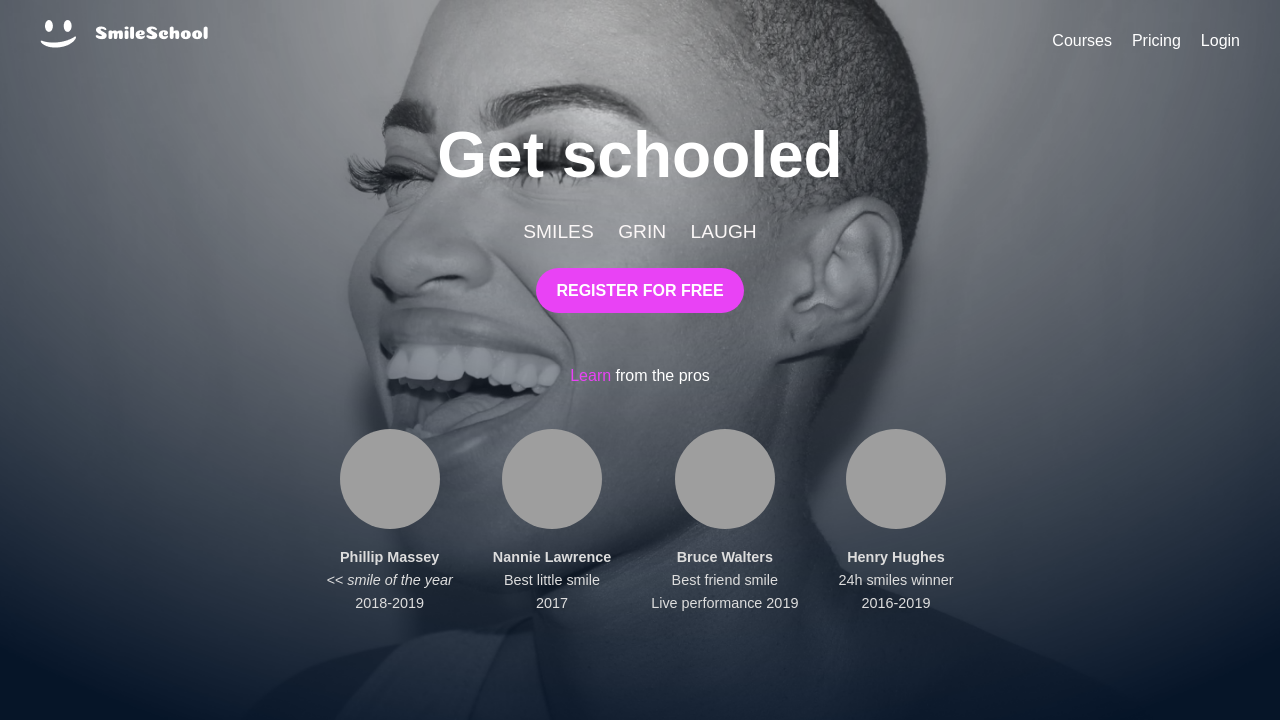
Repository: Patience225/alx_html_css
Page: css_advanced/index.html
The author's editor kept a copy of each file at every save. The page is drawn from the files as they stood at one save, then again after a run of saves.
The browser window is 1280 px wide. The pictures show the whole page.
Pictures or frames that could not be fetched are drawn as grey boxes.

Above is the page before, as saved 2025-01-03 21:12:20.

### css_advanced/index.html
<!DOCTYPE html>
<html lang="en">
<head>
    <meta charset="UTF-8">
    <meta name="viewport" content="width=device-width, initial-scale=1.0">
    <title>SmileSchool</title>
    <link rel="stylesheet" href="styles.css">
</head>
<body>
    <header class="header">
        <nav class="navbar">
            <div class="logo"> <img src="images/logo.png" alt="Logo" /></div>
            <ul class="nav-links">
                <li><a href="#">Courses</a></li>
                <li><a href="#">Pricing</a></li>
                <li><a href="#">Login</a></li>
            </ul>
        </nav>
    </header>

    <section class="banner">
        <div class="banner-content">
            <h1>Get schooled</h1>
            <div class="subtext">
                <span>SMILES</span>
                <span>GRIN</span>
                <span>LAUGH</span>
            </div>
            <a href="#" class="cta-button">REGISTER FOR FREE</a>
        </div>
        <div class="learn-pros">
            <p> <span>Learn</span> from the pros </p>
        </div>
        <div class="profiles">
            <div class="profile">
                <img src="profile1.jpg" alt="Phillip Massey">
                <p><strong>Phillip Massey</strong><br> <em> << smile of the year</em> <br>2018-2019</p>
            </div>
            <div class="profile">
                <img src="profile2.jpg" alt="Nannie Lawrence">
                <p><strong>Nannie Lawrence</strong><br>Best little smile<br>2017</p>
            </div>
            <div class="profile">
                <img src="profile3.jpg" alt="Bruce Walters">
                <p><strong>Bruce Walters</strong><br>Best friend smile<br>Live performance 2019</p>
            </div>
            <div class="profile">
                <img src="profile4.jpg" alt="Henry Hughes">
                <p><strong>Henry Hughes</strong><br>24h smiles winner<br>2016-2019</p>
            </div>
        </div>
    </section>
</body>
</html>

### css_advanced/styles.css
/* Reset Styles */
* {
  margin: 0;
  padding: 0;
  box-sizing: border-box;
}

body {
  font-family: Arial, sans-serif;
  line-height: 1.6;
  background: #000; /* Fallback background */
  color: white;
}

/* Header */
.header {
  position: absolute;
  top: 0;
  left: 0;
  width: 100%;
  z-index: 10;
  padding: 20px 40px;
}

.navbar {
  display: flex;
  justify-content: space-between;
  align-items: center;
}

.logo {
  font-size: 1.5rem;
  font-weight: bold;
}

.nav-links {
  list-style: none;
  display: flex;
  gap: 20px;
}

.nav-links li a {
  text-decoration: none;
  color: white;
  font-weight: 500;
}

/* Banner Section */
.banner {
  background: url('images/Object.png') no-repeat center/cover;
  height: 100vh;
  display: flex;
  flex-direction: column;
  align-items: center;
  justify-content: center;
  text-align: center;
  position: relative;
  color: white;
}

.banner h1 {
  font-size: 4rem;
  font-weight: bold;
  margin-bottom: 10px;
}

.subtext span {
  margin: 0 10px;
  font-size: 1.2rem;
  color: #fbf7f7;
}

.cta-button {
  display: inline-block;
  background: #e942f5;
  color: white;
  padding: 10px 20px;
  text-decoration: none;
  border-radius: 25px;
  margin: 20px 0;
  font-weight: bold;
}

.learn-pros {
  margin-top: 30px;
}

.learn-pros span {
  color: #e942f5;
}

.profiles {
  display: flex;
  justify-content: center;
  gap: 40px;
  margin-top: 40px;
}

.profile {
  text-align: center;
}

.profile img {
  width: 100px;
  height: 100px;
  border-radius: 50%;
  margin-bottom: 10px;
}

.profile p {
  font-size: 0.9rem;
  color: #ddd;
}

After the next 2 saves:
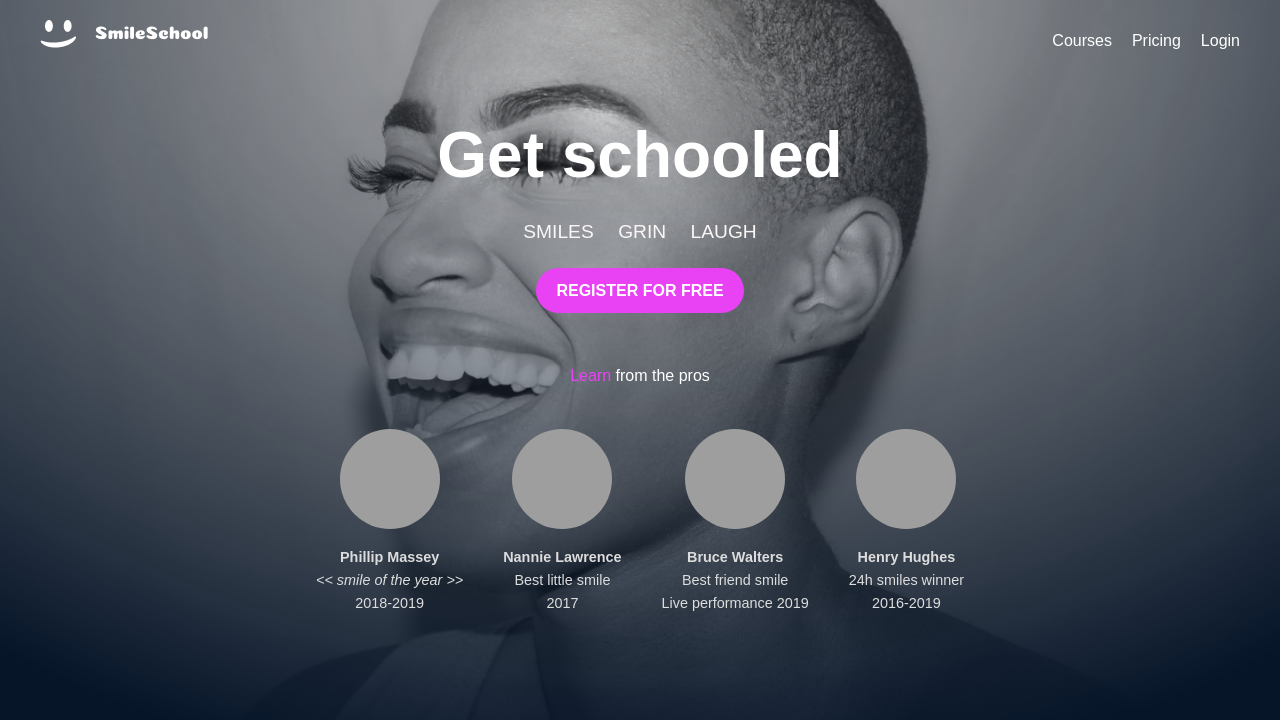
The 2 saves are shown as one change because they came seconds apart.
The last was saved 7 s later.
--- a/css_advanced/index.html
+++ b/css_advanced/index.html
@@ -34,7 +34,7 @@
         <div class="profiles">
             <div class="profile">
                 <img src="profile1.jpg" alt="Phillip Massey">
-                <p><strong>Phillip Massey</strong><br> <em> << smile of the year</em> <br>2018-2019</p>
+                <p><strong>Phillip Massey</strong><br> <em> << smile of the year >> </em> <br>2018-2019</p>
             </div>
             <div class="profile">
                 <img src="profile2.jpg" alt="Nannie Lawrence">
